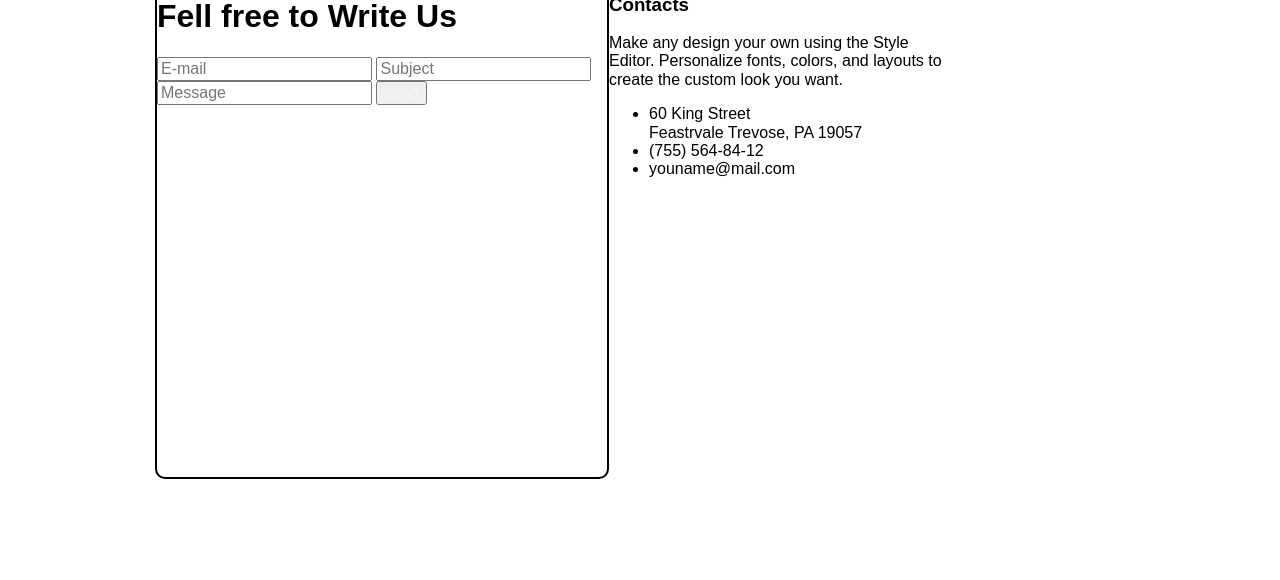
Repository: sogeisetsu/suy-ife
Page: 009-011/index.html
The author's editor kept a copy of each file at every save. The page is drawn from the files as they stood at one save, then again after the next save.
The browser window is 1280 px wide. The pictures show the part of the page from y = 3840 to 4420 px (the page is 4420 px tall).
A picture or video elsewhere on the page could not be fetched, so the positions and the page height are approximate.

Above is the page before, as saved 2019-10-13 02:20:09.

### 009-011/index.html
<!DOCTYPE html>
<html>
    <head>
        <meta name="charset" content="utf-8">
        <meta http-equiv="refresh" content="30">
        <link rel="stylesheet" href="normalize.css" type="text/css">
        <link rel="stylesheet" href="index.css" type="text/css">
    </head>
    <body>
        <div id=head>
            <div class=headback>
                <img src="sucai/head-back.png" alt="头部背景" class="head-image">
                <div class="headbackcolor"></div>
            </div>
            <div class="headfont">
                <h1 class="headfonttittle">Hello World</h1>
                <p class="headfonttext">China is speeding up strategic plan, standards, traffic rules, laws and regulations on  </p>
                <p class="headfonttext">accident-incurred liabilities for its smart car industry, Economic Information Daily </p>
                <p class="headfonttext">reported Thursday.</p>
            </div>
            <div class="headform">
                <h2 class="tittle">Create Your Account</h2>
                <p class="text">It is absolutely free</p>
                <form action="#">
                    <input class="input-field" type="email" name="email" id="email" placeholder="Create your email">
                    <input class="input-field" type="password" name="pws" id="pws" placeholder="Create your password">
                    <input class="sign-up" type="button" value="Sign Up">
                </form>
            </div>
        </div>
        <div id="page2">
            <div class="p2head">
                <p>Boatloads of Awesome</p>
                <h2>Ready-made, customizable, HTML <br>landing page sections</h2>
            </div>
            <div class="p2text">
                <div class="iphone">
                    <img src="sucai/Iphone Icon.png" alt="iphone">
                    <div class="texto">
                    <p class="tittle">Mobile First</p>
                    <p class="text">All modulz are built mobile-first for maximum<br>device compatibil </p>
                    </div>
                </div>
                <div class="check">
                    <img src="sucai/Check Icon.png" alt="check">
                    <div class="texto">
                    <p class="tittle">Accessibility</p>
                    <p class="text">Support for IE8, mobile and tablet devices,<br> screenreaders and color blind</p>
                    </div>
                </div>
                <div class="pencil">
                    <img src="sucai/Pencil Icon.png" alt="pencil">
                    <div class="texto">
                    <p class="tittle">Fluid Typography</p>
                    <p class="text">On different screen sizes, fonts automagically<br> scale with the viewport.</p>
                    </div>
                </div>
                <div class="setting">
                    <img src="sucai/Settings Icon.png" alt="setting">
                    <div class="texto">
                    <p class="tittle">Customization</p>
                    <p class="text">Make any design your own using the Style<br> Editor. Personalize fonts, colors, and layouts to<br> create the custom look you want.</p>
                    </div>
                </div>
            </div>
        </div>
        <div id=page3>
            <div class=page3back>
                <img src="sucai/page3background.png" alt="第三张背景" class="page3-image">
                <!-- <img src="sucai/page3Screen.png" alt="ipad屏幕" class="page3-screen"> -->
                <div class="headbackcolor"></div>
                <img src="sucai/page3Screen.png" alt="ipad屏幕" class="page3-screen">
            </div>
            <div class="page3text">
                <p class="tittle">Supportive policies<br> for China's smart<br> car</p>
                <p class="text">China will come up with its own smart car<br> standards, traffic rules, laws and regulations<br> relating to safety, according to the China<br> Industry Innovation Alliance for the Intelli-<br>gent and Connected Vehicles.</p>
                <input class="CheckoutFeatures" type="button" value="CHECK OUT FEATURES">
                <input class="TryproductforFree" type="button" value="Try product for Free">
            </div>
        </div>
        <div id="page4">
            <h2 class="tittle">Try Our Awesome Products</h2>
            <div class="text">
                <div class="singleton">
                    <img src="sucai/Singleton.png" alt="singleton">
                    <p>Li Jun, a China Academy of Engi-<br>neering academician and also<br> director of the alliance's experts'<br> committee, said that China will<br> also launch design guidance for<br> smart cars, smart map architec-<br>ture and standards for test<br> grounds.</p>
                </div>
                <div class="hero">
                    <img src="sucai/Hero.png" alt="hero">
                    <p>Li said the smart car industry is<br> able to enlarge the current car<br> industry by 1 trillion yuan ($158.15<br> billion) and also able to boost fast<br> development in 5G, internet of<br> cars, big data, artificial intelligence<br> and new-energy vehicles.</p>
                </div>
                <div class="portlaned">
                    <img src="sucai/Portland.png" alt="portland">
                    <p>Zhang Junyi, a partner with NIO<br> Capital, said that the smart car is<br> the trend for the car industry and<br> China's auto sector will usher in a<br> new key development stage with<br> the improvement of infrastructure,<br> technology, policies and laws</p>
                </div>
            </div>
        </div>
        <div id="page5">
            <div class="p5text">
            <div class="tree">
                <img src="sucai/tree.png" alt="树木">
                <div class="tree-text">
                    <h3>Learn How to Improve Your <br>Personal Business</h3>
                    <p>Li Jun, a China Academy of Engineering<br> academician and also director of the<br> alliance's experts' committee, said that<br> China will also launch design guidance<br> for smart cars, smart map architecture<br> and standards for test grounds.</p>
                </div>
            </div>
            <div class="bird">
                <!-- <img src="sucai/bird.png" alt="鸟"> -->
                <div class="bird-text">
                    <h3>Choose Between Two Beautifully<br> Designed Color Schemes.</h3>
                    <p>China will come up with its own smart<br> car standards, traffic rules, laws and reg-<br>ulations relating to safety, according to<br> the China Industry Innovation Alliance<br> for the Intelligent and Connected<br> Vehicles.</p>
                </div>
                <img src="sucai/bird.png" alt="鸟">
            </div>
            </div>
        </div>
        <div id="page6">
            <div class="tittle">
                <h2>Our Awesome Crew</h2>
                <p>Our unique online teaching style makes learning easy for everyone. Whether you<br> are trying to land a new job, brush up on your skills.</p>
            </div>
            <div class="text">
                <div class="one">
                    <img src="sucai/张思远大.png" alt="张思远大.png">
                    <div class="one-des">
                            <h4>Ethan Dutton</h4>
                            <p>Senior Visual Designer</p>
                            <ul class="social-buttons">
                                <li><a href="#" class="icon icon-facebook"></a></li>
                                <li><a href="#" class="icon icon-instagram"></a></li>
                                <li><a href="#" class="icon icon-twitter"></a></li>
                            </ul>
                    </div>
                </div>
                <div class="one">
                    <img src="sucai/ren2.png" alt="ren3">
                    <div class="one-des">
                            <h4>Ethan Dutton</h4>
                            <p>Senior Visual Designer</p>
                            <ul class="social-buttons">
                                <li><a href="#" class="icon icon-facebook"></a></li>
                                <li><a href="#" class="icon icon-instagram"></a></li>
                                <li><a href="#" class="icon icon-twitter"></a></li>
                            </ul>
                    </div>
                </div>
                <div class="one">
                    <img src="sucai/ren3.png" alt="ren3">
                    <div class="one-des">
                            <h4>Ethan Dutton</h4>
                            <p>Senior Visual Designer</p>
                            <ul class="social-buttons">
                                <li><a href="#" class="icon icon-facebook"></a></li>
                                <li><a href="#" class="icon icon-instagram"></a></li>
                                <li><a href="#" class="icon icon-twitter"></a></li>
                            </ul>
                    </div>
                </div>
                <div class="one">
                    <img src="sucai/沈大.png" alt="shenda">
                    <div class="one-des">
                            <h4>Ethan Dutton</h4>
                            <p>Senior Visual Designer</p>
                            <ul class="social-buttons">
                                <li><a href="#" class="icon icon-facebook"></a></li>
                                <li><a href="#" class="icon icon-instagram"></a></li>
                                <li><a href="#" class="icon icon-twitter"></a></li>
                            </ul>
                    </div>
                </div>
            </div>
        </div>
        <div id="page7">
            <div class="page7form">
                <form action="#" class="form">
                <h1>Fell free to Write Us</h1>
                    <input type="email" name="email" class="input-filed" id="email" placeholder="E-mail">
                    <input name="sub" class="input-filed" placeholder="Subject">
                    <input type="text"class="input-field" placeholder="Message">
                    <input type="button" class="send" value="send">
                </form>
            </div>
            <div class="p7text">
                <div class="text">
                    <h3>Contacts</h3>
                    <p>Make any design your own using the Style<br> Editor. Personalize fonts, colors, and layouts to<br> create the custom look you want.</p>
                    <ul>
                        <li class="add">60 King Street<br>Feastrvale Trevose, PA 19057  </li>
                        <li class="tel">(755) 564-84-12</li>
                        <li class="email">youname@mail.com</li>
                    </ul>
                </div>
            </div>
        </div>
    </body>
</html>

### 009-011/index.css
html,body{
    margin: 0;
    height: 100%;
    width: 100%;
    /* overflow: hidden; */
}
#head,#page2,#page3,#page7{
    width: 100%;
    height: 605px;
    overflow: hidden;
}
#page6{
    width: 100%;
    height: 900px;
    overflow: hidden;
}
#page5{
    width: 100%;
    height: 700px;
    overflow: hidden;
}

#page4{
    width: 100%;
    height: 400px;
    overflow: hidden;
}
.headback{
    position: relative;
    width: 100%;
    height: 100%;
    z-index: -1;
}
.page3back{
    width: 100%;
    height: 100%;
    z-index: -1;
}
.page3-screen{
    position: relative;
    bottom: 1210px;
    height: 70%;
    display: block;
     margin-top: 100px;
     margin-right: 0%;
     float: right;
}
.headbackcolor{
    background-color: rgba(12, 10, 8, 0.61);
    width: 100%;
    height: 100%;
    position: relative;
    bottom: 605px;
}
.head-image,.page3-image{
    height: 100%;
    width: 100%;
    display: block;
}
.headfont{
    position: relative;
    margin: 0;
    bottom: 605px;
    text-align: center;
}
.headfonttittle,.page3text .tittle{
    margin-top: 130px;
    font-size: 3em;
    color: rgb(245, 245, 245);
    font-weight: 300;
}
.headfonttext,.page3text .text{
    font-weight: 300;
    color: rgba(255, 255, 255, 0.568);
}
.headform{
    position: relative;
    bottom: 605px;
    margin: 40px auto;
    border-style: solid ;
    border-width: 2px;
    border-color: rgba(236, 235, 233, 0.445);
    border-radius: 10px;
    box-sizing: border-box;
    width: 850px;
    display: flex;
    flex-direction: column;
    height: 230px;
}
.headform .tittle{
    color: rgba(252, 249, 246, 0.89);
    text-transform: uppercase;
    font-size: 1em;
    text-align: center;
}
.headform .text{
    color: rgba(252, 249, 246, 0.616);
    text-transform: uppercase;
    font-size: 0.3em;
    text-align: center;
    margin-top: 0;
    font-family: Montserrat-Light;
}
.headform form{
    margin: 40px auto;
}
input{
    color: rgb(245, 245, 245);
}
.headform .input-field{
    width: 292px;
    height: 50px;
    padding: 18px 0 18px 22px;
    margin-right: 30px;
    box-sizing: border-box;
	border-radius: 2px;
	border: solid 1px rgba(255, 255, 255, 0.2);
    background: transparent;
}

.headform .sign-up,.page3text .CheckoutFeatures,.page3text .TryproductforFree{
    color: rgb(0, 0, 0);
    background-color: rgb(245, 245, 245);
    text-align: center;
    border: 0;
    height: 40px;
    width: 130px;
    text-transform: uppercase;
    font-size: 0.8em;
    font-weight: bold;
    border-radius: 2px;
    cursor: pointer;
    outline: none;
}
.page3text .CheckoutFeatures{
    width: 170px;
}
.page3text .TryproductforFree{
    background-color: transparent;
    width: 170px;
    border: solid 1px rgba(255, 255, 255, 0.2);
    color: rgba(245, 245, 245, 0.486);
    font-weight: 400;
    position: relative;
    left: 10px;
}
.headform .sign-up:active{
    border: 0;
    border-color: rgb(245, 245, 245);
    outline: none;
}
.p2head{
    text-align: center;
    margin-top: 90px;
}
.p2head p{
    text-transform: uppercase;
    /* letter-spacing: 0.2em; */
    font-weight: 400;
    font-size: 0.8em;
    margin-bottom: 2em;
}
.p2head h2{
    font-weight: 400;
    letter-spacing: 0.1em;
    line-height: 1.2em;

}
.p2text{
    margin-top: 50px;
    display: flex;
    flex-flow: row wrap;
    margin-left: 20%;
}
.iphone,.check,.pencil,.setting{
    flex: 50%;
    margin-bottom: 60px;
    margin-top: 40px;
    /* overflow: hidden; */
}
.iphone img,.iphone .texto,.check .texto,.check img,.pencil .texto,.pencil img,.setting img,.setting .texto{
    float: left;
}
.iphone .texto,.check .texto,.pencil .texto,.setting .texto{
    position: relative;
    left: 20px;
    bottom: 20px;
    margin: 0;
}
.texto .tittle{
    font-weight: bold;
}
.texto .text{
    font-size: 0.7em;
    color: rgba(0, 0, 0, 0.521);
}
.page3text{
    width: 70%;
    left: 15%;
    bottom: 605px;
    position: relative;
}
.page3text .tittle{
    font-size: 2em;;
}
.page3text .text{
    line-height: 1.5em;
}
#page4 .tittle{
    text-align: center;
    font-weight: 400;
}
#page4 .text{
    display: flex;
    flex-flow: row;
    text-align: center;
    align-items: center;
    justify-content: space-around;
    margin-top: 50px;
    margin-left: 10%;
    margin-right: 10%;
}
.portlaned p,.singleton p,.hero p{
    font-weight: 300;
    line-height: 1.5em;
}
.hero,.portlaned{
    position: relative;
    bottom: 13px;
}
#page5 .tree,#page5 .bird{
    display: flex;
    /* width: 2000px; */
    box-sizing: border-box;
    width: 100%;
    align-items: center;
    justify-content: space-around;
    /* margin-top: 50px;
    margin-left: 10%; */
    position: relative;
    /* bottom: 605px; */
}
#page5 .bird{
    margin-top: 40px;
}
.tree .tree-text{
    position: relative;
    right: 60px;
}
 .bird .bird-text{
     position: relative;
     left: 60px;
 }
.tree .tree-text p,.bird .bird-text p,.tree .tree-text h3,.bird .bird-text h3{
    line-height: 1.5em;
}
.tree .tree-text p,.bird .bird-text p{
    font-weight: 300;
}
/* .tree .tree-text{
    left: 200px;
} */
.p5text{
    margin-left: 5%;
    margin-right: 5%;
}
#page5 img{
    height: auto;
    width: 510px;
}
#page6 .tittle{
    text-align: center;
    margin-bottom: 50px;
}
#page6 .tittle p{
    line-height: 1.5em;
    font-weight: 300;
}
#page6 .text{
    width: 970px;
    margin: 0 auto;
    display: flex;
    flex-wrap: wrap;
    justify-content: space-between;
}
.one{
    width: 470px;
    height: 340px;
    margin-bottom: 30px;
    /* margin-top: px; */
    position: relative;
    box-shadow: 1px 1px 21px 0px rgba(20, 20, 20, 0.1);
	background-color: #b8b8b8;
    border-radius: 2px;
    overflow: hidden;
}
/* .one img,.two img,.there img,.four img{
    height: 200px;
    width: auto;
} */
 .one .one-des{
     background-color: #140b0b69;
     color: aliceblue;
     width: 470px;
     height: 340px;
     position: absolute;
     left: 0;
     top: 340px;
     transition: all 0.5s;
     padding-top: 40px;
 }
 .one:hover .one-des{
     top: 0px;
 }
 .social-buttons{
    width: 213px;
    list-style-type: none;
    margin: 40px auto;
    padding: 0;
    display: flex;
    justify-content: space-between;
}
.icon{
    display: block;
    width: 54px;
    height: 54px;
    background-position: 50% 50%;
    background-repeat: no-repeat;
}
.icon-facebook{
    background-image: url(sucai/Facebook.png);
}
.icon-instagram{
    background-image: url(sucai/Instagram.png);
}
.icon-twitter{
    background-image: url(sucai/Twitter.png);
}
.one-des h4{
    text-align: center;
}
.one-des p{
    text-align: center;
    font-size: 0.7em;
    color: rgba(240, 248, 255, 0.705);
}
#page7{
    width: 970px;
    margin-left: auto;
    margin-right: auto;
    display: flex;
}
.page7form{
    border: solid 2px;
    width: 450px;
    height:500px;
    /* text-align: center; */
    display: flex;
    flex-direction: column;
    align-items: center;
    border-radius: 10px;
}

Loaded but not shown: 009-011/normalize.css (library)

After the next save:
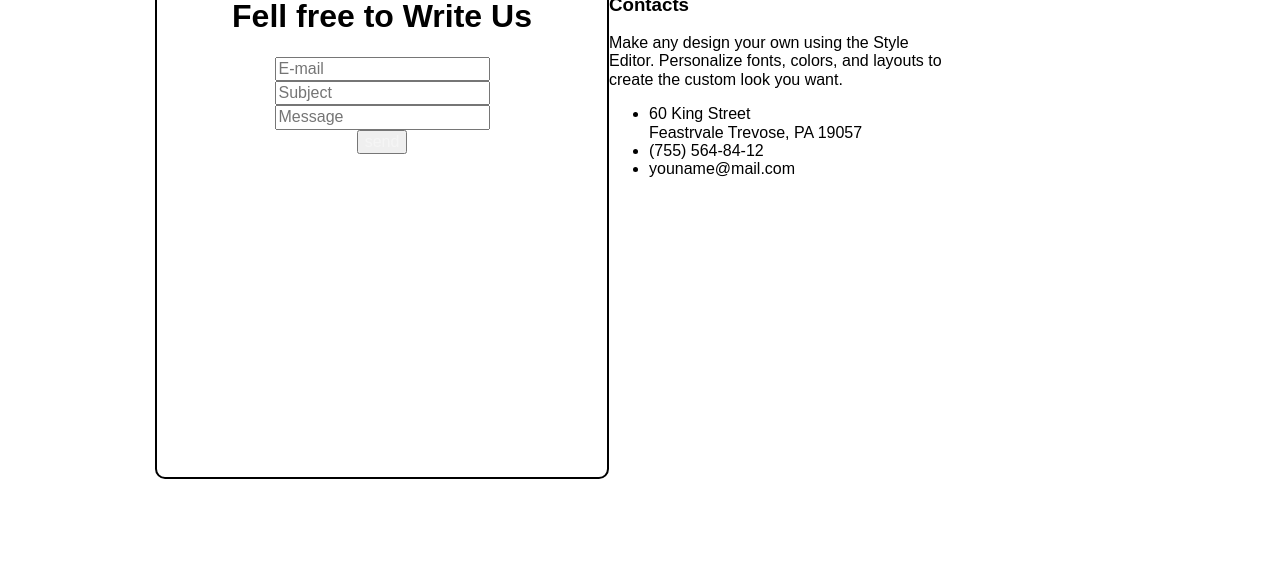
Saved 2 min 51 s later.
--- a/009-011/index.css
+++ b/009-011/index.css
@@ -350,7 +350,7 @@ input{
     margin-right: auto;
     display: flex;
 }
-.page7form{
+.page7form form{
     border: solid 2px;
     width: 450px;
     height:500px;
